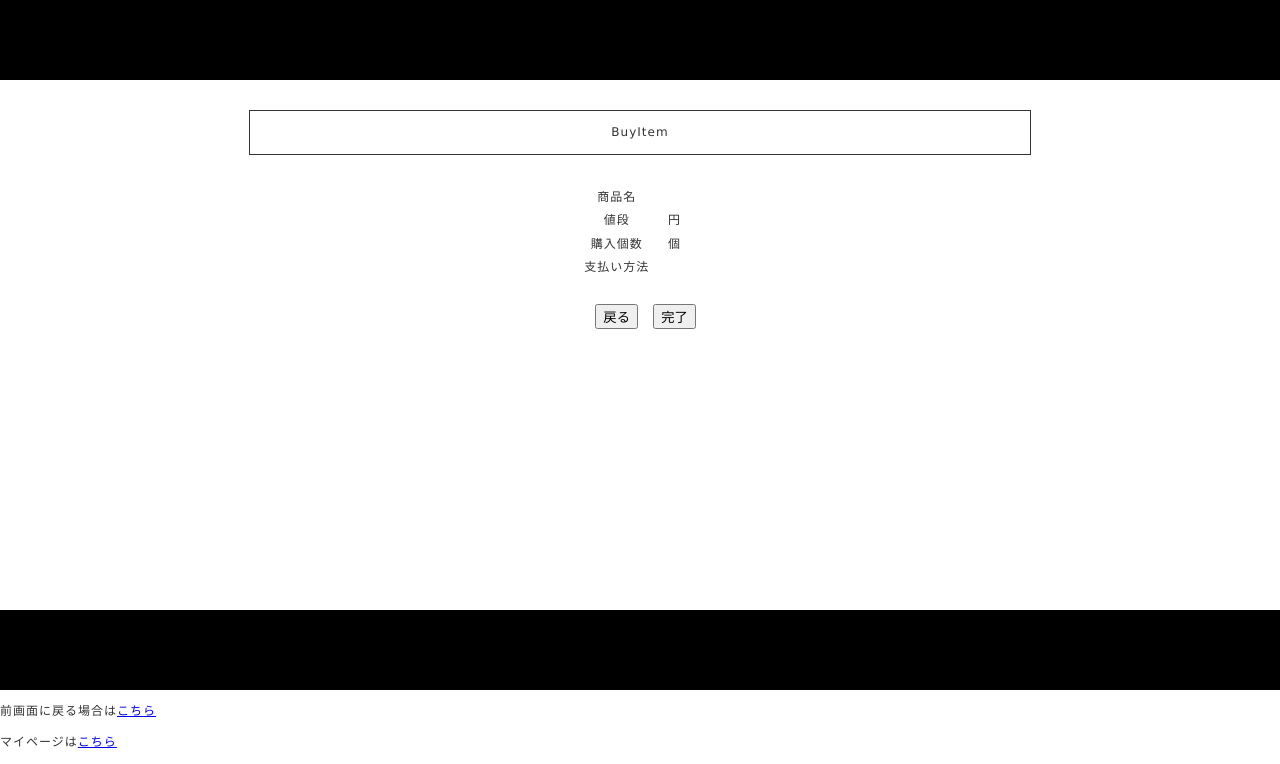
Repository: b1116248/test
Page: http://localhost/ecsite/buyItemConfirm.jsp
These files come from the project's save history. The page is drawn as it stood at one moment and after the next save; the edit follows.
The browser window is 1280 px wide. The pictures show the whole page.
Some web libraries are served in a nearby version. The page is served by Tomcat 9.

Above is the page before, as saved 2018-07-30 01:45:43.

After the next save:
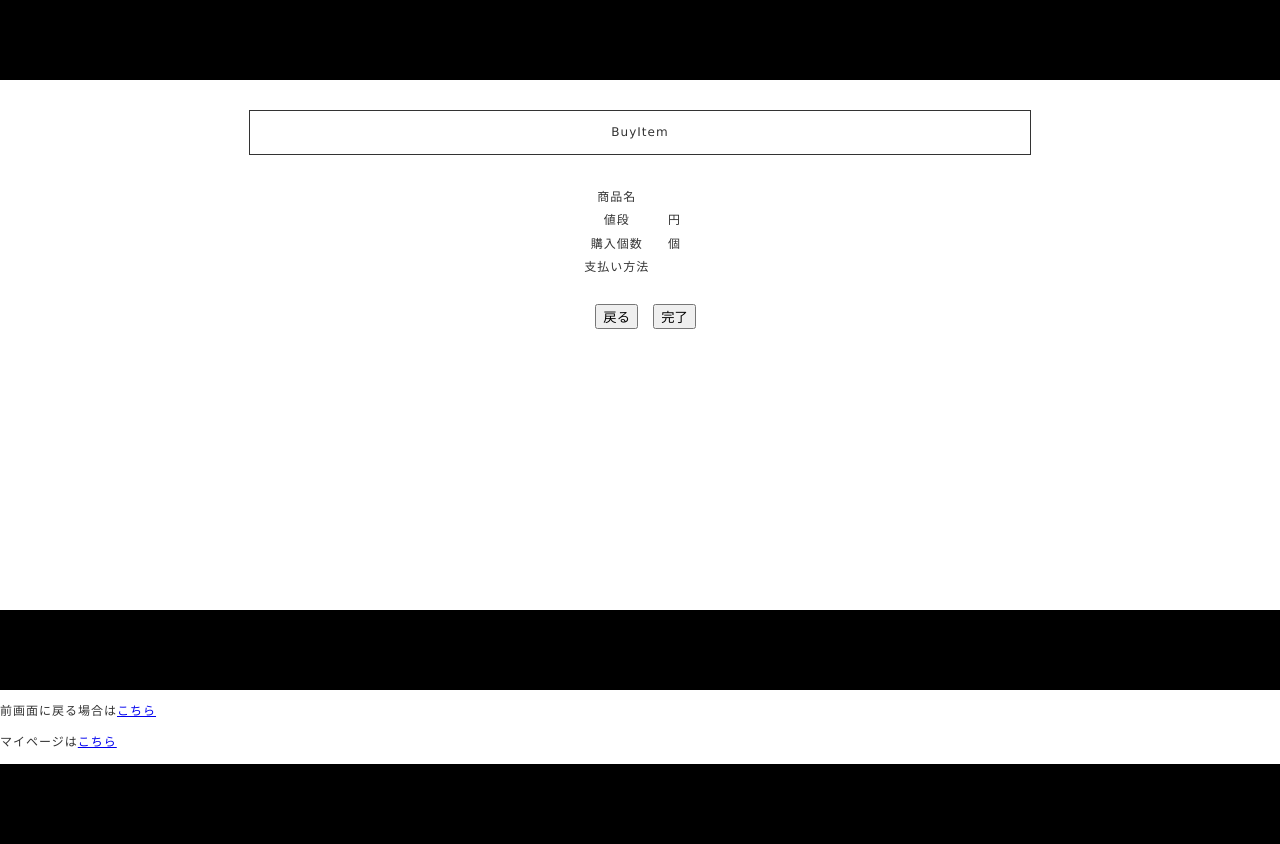
Saved 3 min 44 s later.
--- a/ecsite/WebContent/buyItemConfirm.jsp
+++ b/ecsite/WebContent/buyItemConfirm.jsp
@@ -123,11 +123,20 @@
 	</div>
 
 
+
+
+
+		<div>
+			<p>前画面に戻る場合は<a href='<s:url action="GoHomeAction" />'>こちら</a></p>
+			<p>マイページは<a href='<s:url action="MyPageAction" />'>こちら</a></p>
+		</div>
+	</div>
+</div>
+
+<div id="footer">
+	<div id="pr">
+	</div>
+</div>
+
 </body>
 </html>
-
-
-	<div>
-		<p>前画面に戻る場合は<a href='<s:url action="GoHomeAction" />'>こちら</a></p>
-		<p>マイページは<a href='<s:url action="MyPageAction" />'>こちら</a></p>
-	</div>
